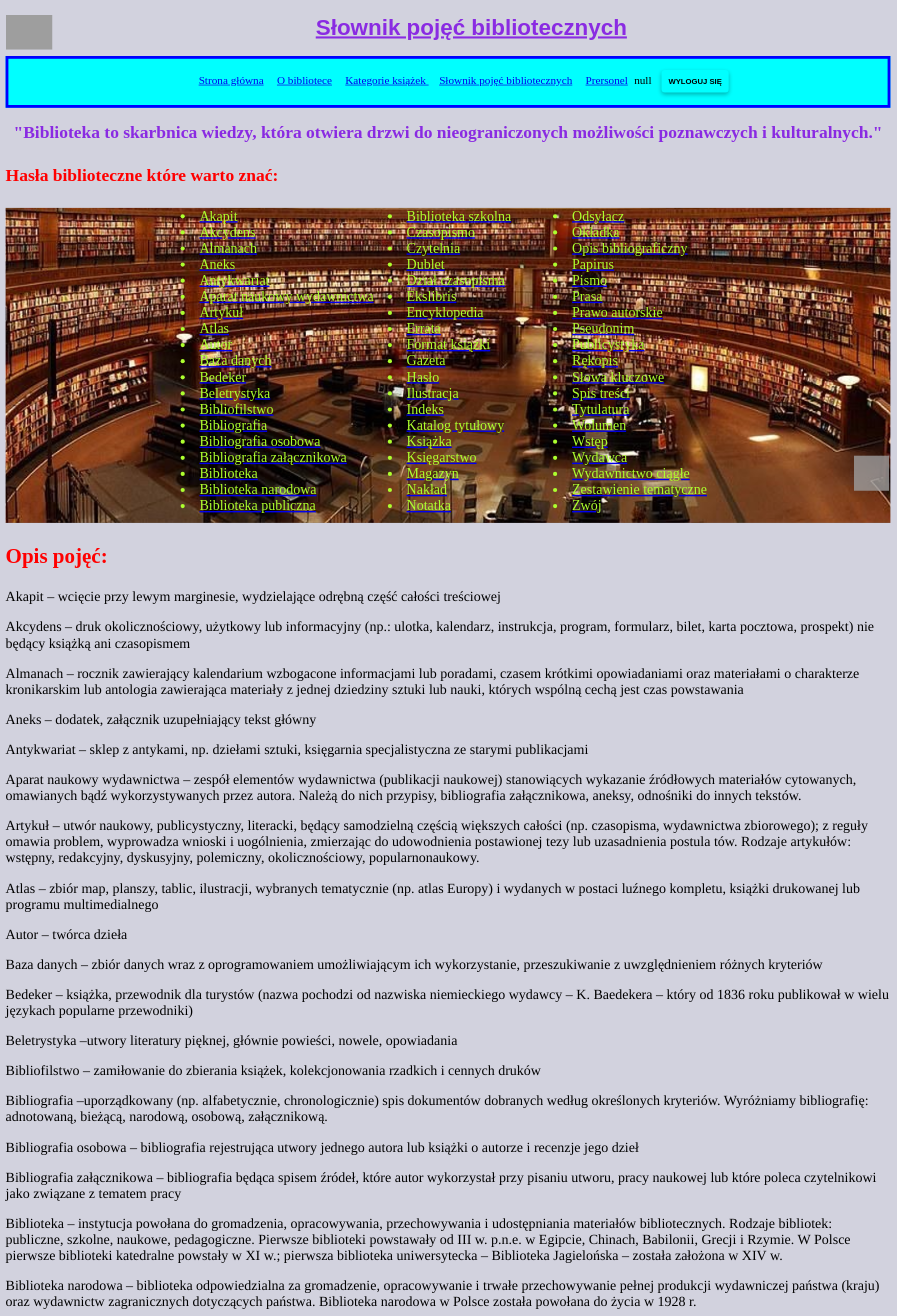
Repository: Dominik098/projekt
Page: http://localhost/biblioteka/E_Słownik pojęć.jsp
An editor plug-in stored every save of this project. The page is shown before and after the next save, followed by the edit.
The browser window is 1280 px wide. The page is 1282 px wide, so the pictures cover 1282 px, including what lies to the right of the window. The pictures show the part of the page from y = 0 to 1880 px (the page is 3873 px tall), at 70% of full size.
Pictures or frames that could not be fetched are drawn as grey boxes. The page is served by Tomcat 9. Other server files are loaded and not shown.

Above is the page before, as saved 2023-04-26 18:27:20.

### java projekt/biblioteka/src/main/webapp/E_Słownik pojęć.jsp
<%@ page language="java" contentType="text/html; charset=UTF-8"%>
<!DOCTYPE html>
<html lang="en">

<head>
    <meta charset="UTF-8">
    <meta http-equiv="X-UA-Compatible" content="IE=edge">
    <meta name="viewport" content="width=device-width, initial-scale=1.0">

    <link rel="icon" type="image/png" href="3.png" sizes="96x96" />
    <link rel="stylesheet" href="E_styl_slownik.css" type="text/css">

    <title>Słownik Pojęć</title>
</head>

<body>
    <tr>
        <td align="center"><img src="logo.jpg" name="ksiazka" align="left" weight="90px" height="50px"></td>
    </tr>
    <h1>
        <center><u>Słownik pojęć bibliotecznych </u></center>
    </h1>
    <header>
        <nav>
             <ul>
                <li class="znacznik" ><a href="A_strona-gl.jsp">Strona główna</a></li>
                <li class="znacznik" ><a href="B_O bibiotece.jsp">O bibliotece</a></li>
                <li  class="znacznik"><a href="C_Kategorie książek.jsp">Kategorie książek </a></li>
                <!--   <li><a href="D_Wypożyczenia.jsp">Wypożyczane </a></li>-->
                <li class="znacznik"><a href="E_Słownik pojęć.jsp">Słownik pojęć bibliotecznych</a></li>
                <li class="znacznik"><a href="F_personel.jsp">Prersonel</a></li>
               <!-- <li class="znacznik"><a href="G_login.jsp">Logowanie</a></li>
                <li class="znacznik"><a href="H_rejestracja.jsp">Rejestracja</a></li>-->

                <a class="znacznik" > <%=session.getAttribute("email-login") %> </a>
                <li  ><a href= "logout"><button class="pobierz" >Wyloguj się</button></a></li>

            </ul>

        </nav>

    </header>

    <h2>"Biblioteka to skarbnica wiedzy, która otwiera drzwi do nieograniczonych możliwości poznawczych i kulturalnych."
    </h2>
    <h4>Hasła biblioteczne które warto znać: </h4>


    <div class="col1">
        <a href="#1">
            <li>Akapit</li>
        </a>
        <a href="#2">
            <li>Akcydens</li>
        </a>
        <a href="#3">
            <li>Almanach</li>
        </a>
        <a href="#4">
            <li>Aneks</li>
        </a>
        <a href="#5">
            <li>Antykwariat</li>
        </a>
        <a href="#6">
            <li>Aparat naukowy wydawnictwa</li>
        </a>
        <a href="#7">
            <li>Artykuł </li>
        </a>
        <a href="#8">
            <li>Atlas</li>
        </a>
        <a href="#9">
            <li>Autor</li>
        </a>
        <a href="#10">
            <li>Baza danych </li>
        </a>
        <a href="#11">
            <li>Bedeker</li>
        </a>
        <a href="#12">
            <li>Beletrystyka</li>
        </a>
        <a href="#13">
            <li>Bibliofilstwo</li>
        </a>
        <a href="#14">
            <li>Bibliografia</li>
        </a>
        <a href="#15">
            <li>Bibliografia osobowa</li>
        </a>
        <a href="#16">
            <li>Bibliografia załącznikowa </li>
        </a>
        <a href="#17">
            <li>Biblioteka </li>
        </a>
        <a href="#18">
            <li>Biblioteka narodowa</li>
        </a>
        <a href="#19">
            <li>Biblioteka publiczna </li>
        </a>
    </div>
    <div class="col2">
        <a href="#20">
            <li>Biblioteka szkolna </li>
        </a>
        <a href="#21">
            <li>Czasopismo</li>
        </a>
        <a href="#22">
            <li>Czytelnia </li>
        </a>
        <a href="#23">
            <li>Dublet</li>
        </a>
        <a href="#24">
            <li>Dział czasopisma</li>
        </a>
        <a href="#25">
            <li>Ekslibris</li>
        </a>
        <a href="#26">
            <li>Encyklopedia</li>
        </a>
        <a href="#27">
            <li>Errata</li>
        </a>
        <a href="#28">
            <li>Format książki</li>
        </a>
        <a href="#29">
            <li>Gazeta</li>
        </a>
        <a href="#30">
            <li>Hasło</li>
        </a>
        <a href="#31">
            <li>Ilustracja</li>
        </a>
        <a href="#32">
            <li>Indeks </li>
        </a>
        <a href="#33">
            <li>Katalog tytułowy</li>
        </a>
        <a href="#34">
            <li>Książka</li>
        </a>
        <a href="#35">
            <li>Księgarstwo</li>
        </a>
        <a href="#36">
            <li>Magazyn</li>
        </a>
        <a href="#37">
            <li>Nakład </li>
        </a>
        <a href="#38">
            <li>Notatka</li>
        </a>
    </div>
    <div class="col3">
        <a href="#39">
            <li>Odsyłacz</li>
        </a>
        <a href="#40">
            <li>Okładka</li>
        </a>
        <a href="#41">
            <li>Opis bibliograficzny</li>
        </a>
        <a href="#42">
            <li>Papirus</li>
        </a>

        <a href="#43">
            <li>Pismo</li>
        </a>
        <a href="#44">
            <li>Prasa</li>
        </a>
        <a href="#45">
            <li>Prawo autorskie</li>
        </a>
        <a href="#46">
            <li>Pseudonim</li>
        </a>
        <a href="#47">
            <li>Publicystyka</li>
        </a>
        <a href="#48">
            <li>Rękopis</li>
        </a>
        <a href="#49">
            <li>Słowa kluczowe </li>
        </a>
        <a href="#50">
            <li>Spis treści</li>
        </a>
        <a href="#51">
            <li>Tytulatura</li>
        </a>
        <a href="#52">
            <li>Wolumen</li>
        </a>
        <a href="#53">
            <li>Wstęp</li>
        </a>
        <a href="#54">
            <li>Wydawca</li>
        </a>
        <a href="#55">
            <li>Wydawnictwo ciągłe </li>
        </a>
        <a href="#56">
            <li>Zestawienie tematyczne</li>
        </a>
        <a href="#57">
            <li>Zwój</li>
        </a>
    </div>

    <div
        style="background-image: url('zdj1.png'); background-size: cover; background-position: center; height: 450px; opacity: 1;">
    </div>

    </div>

    <h3>Opis pojęć:</h3>
    <p id="1">Akapit – wcięcie przy lewym marginesie, wydzielające odrębną część całości treściowej</p>
    <p id="2">Akcydens – druk okolicznościowy, użytkowy lub informacyjny (np.: ulotka, kalendarz, instrukcja,
        program,
        formularz, bilet, karta pocztowa, prospekt) nie będący książką ani czasopismem</p>
    <p id="3">Almanach – rocznik zawierający kalendarium wzbogacone informacjami lub poradami, czasem krótkimi
        opowiadaniami
        oraz materiałami o charakterze kronikarskim lub antologia zawierająca materiały z jednej dziedziny sztuki
        lub
        nauki, których wspólną cechą jest czas powstawania</p>
    <p id="4">Aneks – dodatek, załącznik uzupełniający tekst główny</p>
    <p id="5">Antykwariat – sklep z antykami, np. dziełami sztuki, księgarnia specjalistyczna ze starymi
        publikacjami
    </p>
    <p id="6">Aparat naukowy wydawnictwa – zespół elementów wydawnictwa (publikacji naukowej) stanowiących wykazanie
        źródłowych
        materiałów cytowanych, omawianych bądź wykorzystywanych przez autora. Należą do nich przypisy, bibliografia
        załącznikowa, aneksy, odnośniki do innych tekstów.</p>
    <p id="7">Artykuł – utwór naukowy, publicystyczny, literacki, będący samodzielną częścią większych całości (np.
        czasopisma,
        wydawnictwa zbiorowego); z reguły omawia problem, wyprowadza wnioski i uogólnienia, zmierzając do
        udowodnienia
        postawionej tezy lub uzasadnienia postula tów. Rodzaje artykułów: wstępny, redakcyjny, dyskusyjny,
        polemiczny,
        okolicznościowy, popularnonaukowy.</p>
    <p id="8">Atlas – zbiór map, planszy, tablic, ilustracji, wybranych tematycznie (np. atlas Europy) i wydanych w
        postaci
        luźnego kompletu, książki drukowanej lub programu multimedialnego</p>
    <p id="9">Autor – twórca dzieła</p>
    <p id="10">Baza danych – zbiór danych wraz z oprogramowaniem umożliwiającym ich wykorzystanie, przeszukiwanie z
        uwzględnieniem różnych kryteriów</p>

    <p id="11">Bedeker – książka, przewodnik dla turystów (nazwa pochodzi od nazwiska niemieckiego wydawcy – K.
        Baedekera
        –
        który od 1836 roku publikował w wielu językach popularne przewodniki)</p>
    <p id="12">Beletrystyka –utwory literatury pięknej, głównie powieści, nowele, opowiadania</p>
    <p id="13">Bibliofilstwo – zamiłowanie do zbierania książek, kolekcjonowania rzadkich i cennych druków</p>
    <p id="14">Bibliografia –uporządkowany (np. alfabetycznie, chronologicznie) spis dokumentów dobranych według
        określonych
        kryteriów. Wyróżniamy bibliografię: adnotowaną, bieżącą, narodową, osobową, załącznikową.</p>
    <p id="15" id="top">Bibliografia osobowa – bibliografia rejestrująca utwory jednego autora lub książki o autorze
        i
        recenzje
        jego
        dzieł</p>
    <p id="16">Bibliografia załącznikowa – bibliografia będąca spisem źródeł, które autor wykorzystał przy pisaniu
        utworu, pracy
        naukowej lub które poleca czytelnikowi jako związane z tematem pracy</p>
    <p id="17">Biblioteka – instytucja powołana do gromadzenia, opracowywania, przechowywania i udostępniania
        materiałów
        bibliotecznych. Rodzaje bibliotek: publiczne, szkolne, naukowe, pedagogiczne. Pierwsze biblioteki powstawały
        od
        III w. p.n.e. w Egipcie, Chinach, Babilonii, Grecji i Rzymie. W Polsce pierwsze biblioteki katedralne
        powstały w
        XI w.; pierwsza biblioteka uniwersytecka – Biblioteka Jagielońska – została założona w XIV w.</p>
    <p id="18">Biblioteka narodowa – biblioteka odpowiedzialna za gromadzenie, opracowywanie i trwałe przechowywanie
        pełnej
        produkcji wydawniczej państwa (kraju) oraz wydawnictw zagranicznych dotyczących państwa. Biblioteka narodowa
        w
        Polsce została powołana do życia w 1928 r.</p>
    <p id="19">Biblioteka publiczna – biblioteka ogólnodostępna, posiada zbiory o charakterze uniwersalnym</p>
    <p id="20">Biblioteka szkolna – biblioteka będąca częścią szkoły; prowadzi działalność informacyjną,
        pedagogiczną i
        wychowawczą</p>
    <p id="21">Czasopismo – wydawnictwo periodyczne; tygodnik, dwutygodnik, miesięcznik, kwartalnik, półrocznik,
        rocznik. Ze
        względu na treść dzielą się na: popularnonaukowe, naukowe, społeczno-polityczne, społeczno-kulturalne,
        literackie, techniczne, itp.</p>
    <p id="22">Czytelnia – odrębne pomieszczenie lub wydzielone miejsce w bibliotece przeznaczone do korzystania z
        księgozbioru
        podręcznego na miejscu</p>
    <p id="23">Dublet – drugi albo dalszy egzemplarz książki w zbiorach bibliotecznych</p>
    <p id="24">Dział czasopisma – stała część czasopisma wyodrębniona ze względu na tematykę, źródło informacji,
        gatunek
        dziennikarski, funkcje lub adresata; z reguły wyróżniony odrębnym elementem graficznym, często także tytułem
    </p>
    <p id="25">Ekslibris – artystycznie skomponowany znak własnościowy książki z nazwiskiem i symbolicznym znakiem
        właściciela
        lub nazwą instytucji, odbity na kartce przyklejanej na wewnętrzną stronę okładki</p>
    <p id="26">Encyklopedia – wydawnictwo zawierające zbiór wiadomości ze wszystkich dziedzin wiedzy lub jednej
        dziedziny,
        uporządkowanych najczęściej alfabetycznie</p>
    <p id="27">Errata – wykaz błędów i pomyłek dostrzeżonych w trakcie druku lub bezpośrednio po jego zakończeniu,
        opublikowany
        najczęściej w postaci osobnej kartki</p>
    <p id="28"> Format książki – wysokość grzbietu książki mierzona w centymetrach</p>
    <p id="29">Gazeta – dziennik, wydawnictwo periodyczne ukazujące się co najmniej dwa razy w tygodniu, zawierające
        informacje
        o wydarzeniach aktualnych, interesujących szerokie kręgi czytelników</p>
    <p id="30">Hasło – wyraz decydujący o zaszeregowaniu treści w słowniku, encyklopedii lub katalogu przedmiotowym
    </p>
    <p id="31">Ilustracja – reprodukcja rysunku, wykresu mapy, fotografii, dzieła malarskiego itp. stanowiąca
        uzupełnienie
        tekstu</p>
    <p id="32">Indeks – wykaz terminów dołączony do wydawnictwa, zawierający hasła występujące w tekście i miejsca,
        w
        którym
        dane hasło się znajduje; ułatwia szybkie docieranie do poszukiwanych w książce informacji</p>
    <p id="33">Katalog tytułowy – zbiór kart katalogowych ułożonych alfabetycznie według tytułów dzieł</p>
    <p id="34">Książka – dokument graficzny najczęściej w postaci kodeksu, o określonej liczbie stron, zawierający
        utrwaloną
        myśl ludzką</p>
    <p id="35">Księgarstwo – dział handlu zajmujący się hurtową i detaliczną sprzedażą książek</p>
    <p id="36"> Magazyn – czasopismo, w którym istotnym elementem jest warstwa ilustracyjna. Artykuły w magazynie są
        krótkie i
        łatwe w odbiorze.</p>
    <p id="37">Nakład – liczba egzemplarzy jednego wydania opublikowanego utworu</p>
    <p id="38">Notatka – krótki tekst, uwaga, spostrzeżenie zapisane w celu zapamiętania treści; może mieć formę
        cytatu,
        planu,
        streszczenia, konspektu, wyciągu</p>
    <p id="39">Odsyłacz – zapis pomocniczy stosowany w bibliografiach, indeksach, encyklopediach, słownikach,
        prowadzący
        do
        określonego terminu</p>
    <p id="40">Okładka – zasadnicza część oprawy wydawnictwa; zabezpiecza przed zniszczeniem oraz pełni funkcję
        informacyjną i
        ozdobną</p>
    <p id="41">Opis bibliograficzny – uporządkowany według określonych zasad zespół danych o dokumencie służących do
        jego
        identyfikacji</p>
    <p id="42">Papirus – roślina rosnąca w Egipcie, z której w starożytności produkowano materiał pisarski</p>

    <p id="43">Pismo – usystematyzowany zbiór znaków symbolicznych, obrazkowych, wyrazowych, sylabowych służący do
        graficznego
        zapisywania informacji i myśli</p>
    <p id="44">Prasa – wszelkie publikacje periodyczne ukazujące się nie rzadziej niż raz do roku, a w szczególności
        gazety i
        czasopisma</p>
    <p id="45">Prawo autorskie – przepisy prawne wydane z myślą o ochronie interesów twórców</p>
    <p id="46">Pseudonim – zmyślone imię i nazwisko, przybrane np. przez pisarzy, poetów, artystów lub dziennikarzy
    </p>
    <p id="47">Publicystyka – publiczna wypowiedź na aktualne tematy społeczne, kulturalne, polityczne, naukowe;
        stanowi
        jedną z
        podstawowych form działalności dziennikarskiej</p>
    <p id="48">Rękopis – tekst napisany ręcznie; także tekst pierwotny autora</p>
    <p id="49">Słowa kluczowe – słowa wybrane jako podstawa budowy katalogu przedmiotowego</p>
    <p id="50">Spis treści – wykaz części składowych wydawnictwa; może zawierać takie elementy jak np. wstęp,
        rozdziały,
        podrozdziały, indeksy, przypisy, bibliografię załącznikową, ilustracje, tablice, mapy</p>
    <p id="51">Tytulatura – ogół danych służących do identyfikacji wydawnictwa, umieszczonych w przypadku czasopisma
        i
        gazety na
        pierwszej stronie, w przypadku książki – na karcie tytułowej i w metryce</p>
    <p id="52">Wolumen – pojedynczy oprawiony egzemplarz druku (książka)</p>
    <p id="53">Wstęp – tekst umieszczony z reguły na początku utworu; napisany przez autora, wydawcę, tłumacza lub
        inną
        osobę;
        zawiera informacje dotyczące powstawania utworu oraz jego problematyki</p>
    <p id="54">Wydawca – osoba odpowiedzialna za merytoryczne przygotowanie publikacj</p>
    <p id="55">Wydawnictwo ciągłe – wydawnictwo o nieprzewidzianym z góry zakończeniu, ukazujące się w określonych
        odstępach
        czasu – np. periodyki, wydawnictwa seryjne i zbiorowe</p>
    <p id="56">Zestawienie tematyczne – spis tematyczny, opracowanie zawierające bibliografię dokumentów na
        określony
        temat</p>
    <p id="57">Zwój – najstarsza forma książki, znana od IV tysiąclecia p.n.e.</p>

    <a href="#" title="Do góry!" id="scroll-to-top"><img
            src="https://cdn.pixabay.com/photo/2014/03/25/16/34/arrow-297439_960_720.png" alt="strzałka do góry"
            width="50px" height="50px"></a>


    <footer>
        <span>(c) 2023 Biblioteka Naukowa. Wszelkie prawa zastrzeżone.</span><br>
        <span>Telefon: +48 123 456 789 E-mail: kontakt@bibliotekamiejska.pl.
        </span>

    </footer>



</body>

</html>

### java projekt/biblioteka/src/main/webapp/E_styl_slownik.css
body {
    background-color: rgb(210, 210, 222);
}

header {
    border: 4px;
    background-color: aqua;
    border: 4px solid blue;
    padding-bottom: 2px;
}

h1 {
    text-align: center;
    color: blueviolet;
    font-family: Arial;
}

h2 {
    text-align: center;
    color: blueviolet;
    font-size: 25px;

}

.nav {
    text-align: center;
    padding: 10px;
}

.nav:hover {
    background-color: white;
}
.kto-to:hover{
	background-color: white;
}

p {
    font-family: Times;
    font-size: 20px;
}

p:hover {
    color: green;
}


li:hover {
    background-color: aqua;
    color: black;
}

.col1 {
    text-align: center;
    float: left;
    padding-left: 250px;
    font-size: 20px;



}

.col2 {
    text-align: center;
    float: left;
    padding-left: 20px;
    font-size: 20px;

    padding-right: 10px;
}

.col3 {

    text-align: center;
    padding-left: 50px;
    padding-right: 10px;
    font-size: 20px;

    float: left;
}

h3 {
    font-size: 30px;
    color: red;
}

h4 {
    font-size: 25px;
    color: red;
}

li {
    text-align: left;
    color: rgb(173 255 47);

}


#scroll-to-top {
    position: fixed;
    bottom: 15px;
    right: 10px;
    opacity: 0.8;
}

#scroll-to-top:hover {
    opacity: 1;
}

ul li {
    display: inline;
    margin-left: 5px;
    padding: 5px;

}

ul {
    text-align: center;
}

.znacznik:hover {
    background-color: white;

}

span {
    color: white;
    font-size: 15px;
}

footer {
    text-align: center;
    font-size: 15px;
    color: white;
    background-color: gray;


    bottom: 0;
    margin-top: auto;
    width: 100%;
    padding: 5px;
}




.pobierz{

  display: inline-block;
  padding: 10px 10px;
  font-size: 11px;
  font-weight: bold;
  text-align: center;
  text-transform: uppercase;
  color: black;
  background-color:  aqua;
  border: none;
  border-radius: 5px;
  box-shadow: 0 3px 6px rgba(0, 0, 0, 0.3);
  cursor: pointer;
  transition: background-color 0.3s ease;
}

.pobierz:hover {
  background-color: #0056b3;
}

After the next save:
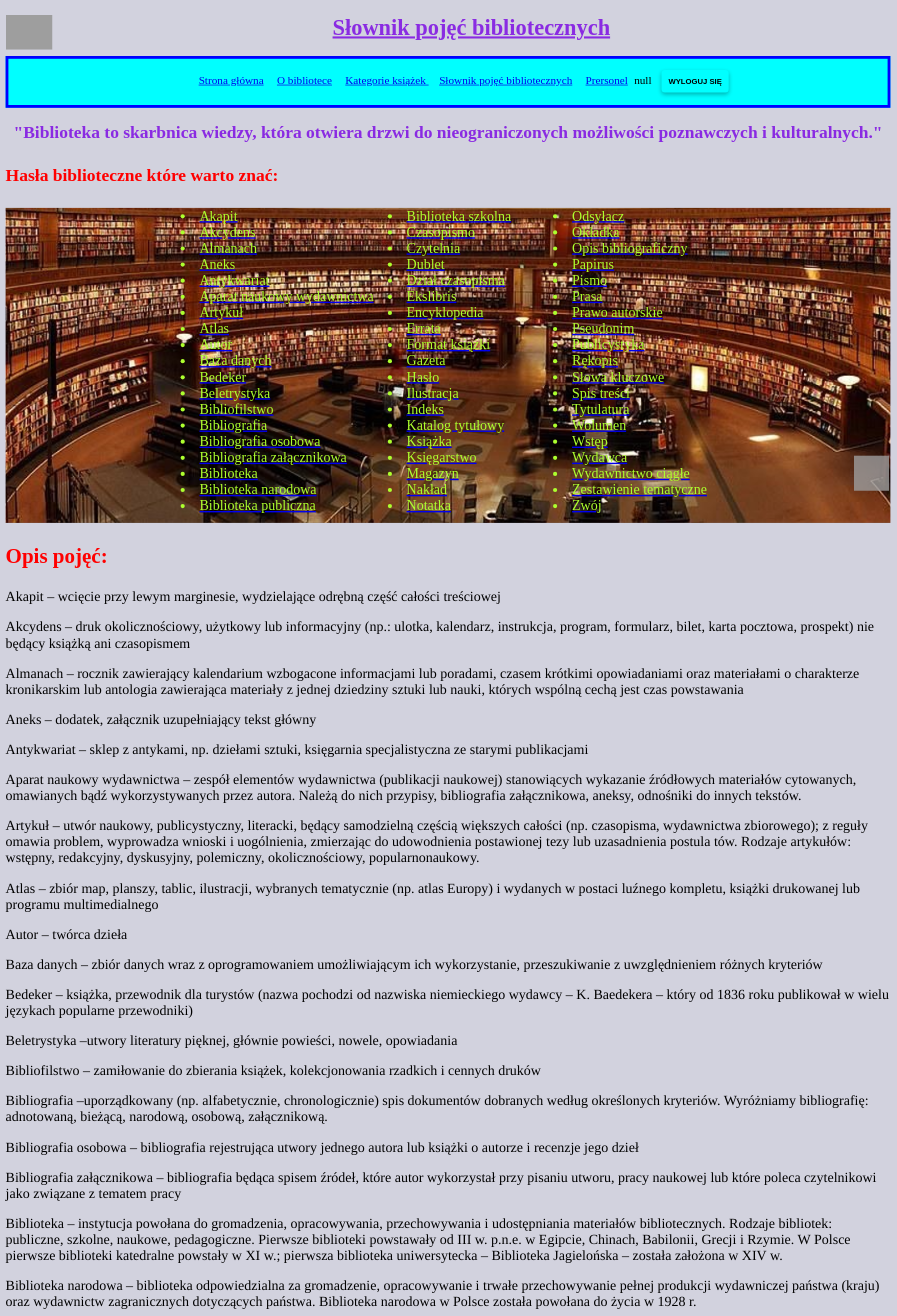
Saved 3 min 48 s later.
--- a/java projekt/biblioteka/src/main/webapp/E_styl_slownik.css
+++ b/java projekt/biblioteka/src/main/webapp/E_styl_slownik.css
@@ -12,7 +12,7 @@ header {
 h1 {
     text-align: center;
     color: blueviolet;
-    font-family: Arial;
+
 }
 
 h2 {
